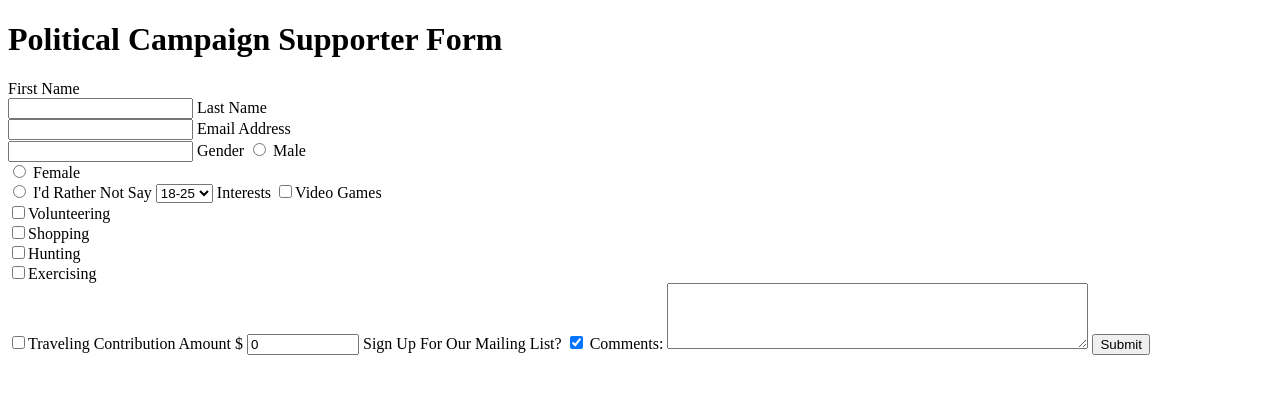
Repository: ryanaanderson0/COSW30
Page: Homework/Homework2/contact.html
The author's editor kept a record of every edit. The page is drawn from the files as they stood at one moment, then again after the next edit.
The browser window is 1280 px wide. The pictures show the whole page.

Above is the page before.

### Homework/Homework2/contact.html
<!DOCTYPE html>
<html>
    <meta charset="utf-8">
    <head>
        <title>Homework 2:Political Campaign Supporter Form</title>
    </head>
    <body>
        <h1>Political Campaign Supporter Form</h1>

        <form method="POST" action="process_contact.php">

        <label>First Name</label> <br>
        <input type="text" id="first_name" name="first_name" required>

        <label>Last Name</label> <br>
        <input type="text" id="last_name" name="last_name" required>

        <label>Email Address</label> <br>
        <input type="email" id="email" name="email" required>

        <label>Gender</label>
        <input type="radio" id="gender" name="gender" value="male" required> Male<br>
        <input type="radio" id="gender" name="gender" value="Female" required> Female<br>
        <input type="radio" id="gender" name="gender" value="Unspecified" required> I'd Rather Not Say

        <select id="age" required>
            <option value="18-25" name="age1">18-25</option>
            <option value="26-35">26-35</option>
            <option value="35-45">35-45</option>
            <option value="46+">46+</option>
        </select>

        <label>Interests</label>
        <input type="checkbox" id="interests" name="interest[]" value="video_games">Video Games<br>
        <input type="checkbox" id="interests" name="interest[]" value="volunteering">Volunteering<br>
        <input type="checkbox" id="interests" name="interest[]" value="shopping">Shopping<br>
        <input type="checkbox" id="interests" name="interest[]" value="hunting">Hunting<br>
        <input type="checkbox" id="interests" name="interest[]" value="exercising">Exercising<br>
        <input type="checkbox" id="interests" name="interest[]" value="traveling">Traveling

        <label>Contribution Amount $</label>
        <input type="number" id="contribution" name="quantity" min="0" max="100000000" value="0">

        <label>Sign Up For Our Mailing List?</label>
        <input type="checkbox" id="mailing_list" name="mailing_list" value="yes" checked>

        <label>Comments:</label>
        <textarea rows="4" cols="50" name="comments">
        </textarea>

        <button>Submit</button>



        </form>
    </body>
</html>

After the next edit:
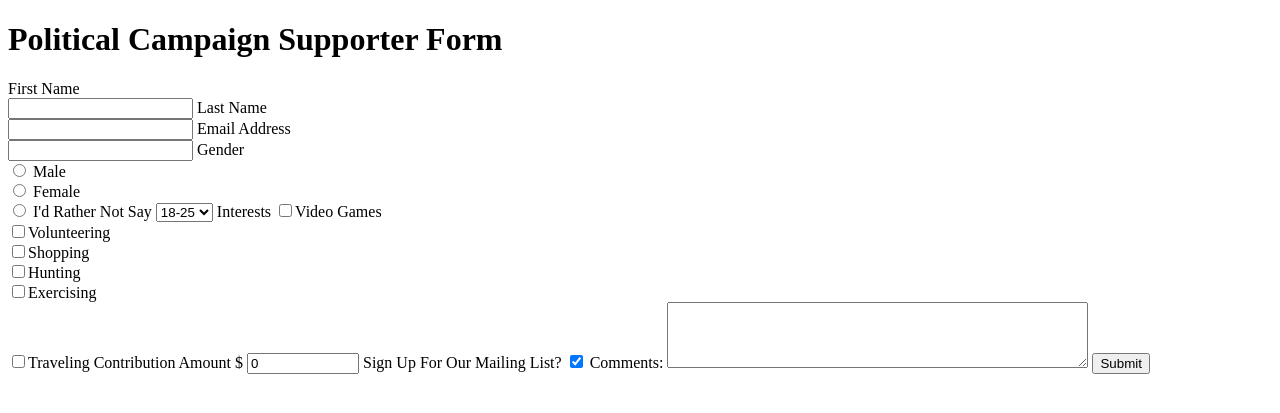
The edit:
--- a/Homework/Homework2/contact.html
+++ b/Homework/Homework2/contact.html
@@ -18,7 +18,7 @@
         <label>Email Address</label> <br>
         <input type="email" id="email" name="email" required>
 
-        <label>Gender</label>
+        <label>Gender</label> <br>
         <input type="radio" id="gender" name="gender" value="male" required> Male<br>
         <input type="radio" id="gender" name="gender" value="Female" required> Female<br>
         <input type="radio" id="gender" name="gender" value="Unspecified" required> I'd Rather Not Say
